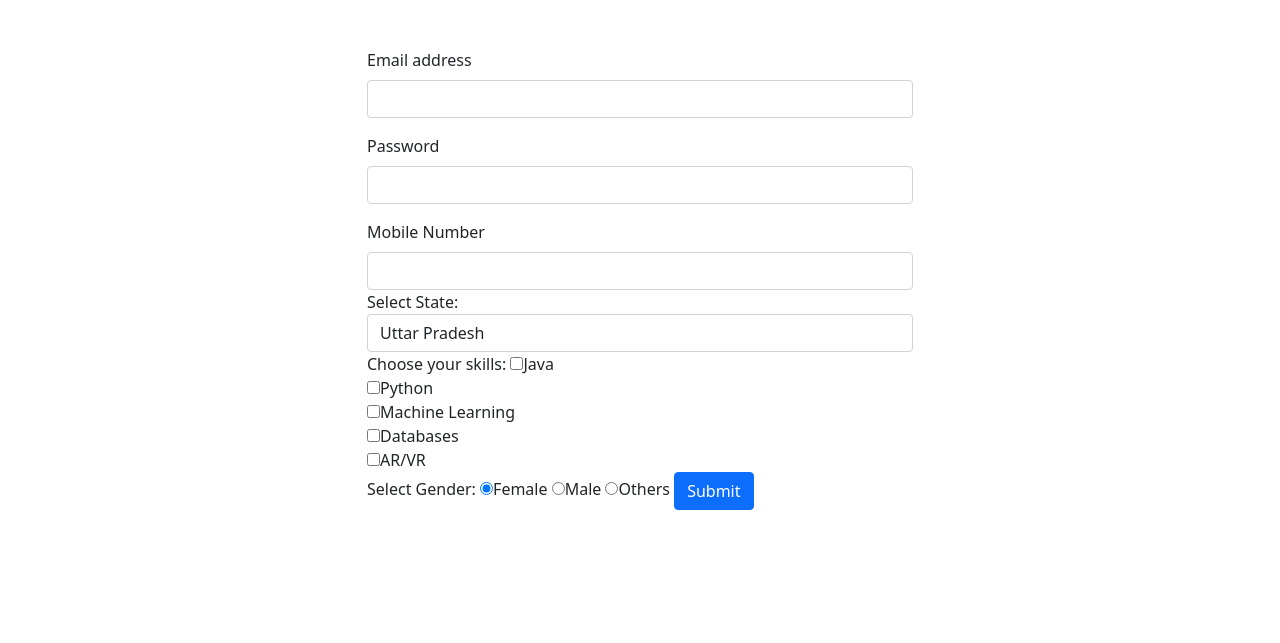
Repository: SimSri-ExtraMarks/FormHandling
Page: formHandling/form.html
An editor plug-in stored every save of this project. The page is shown before and after the next save, followed by the edit.
The browser window is 1280 px wide. The pictures show the whole page.

Above is the page before, as saved 2021-06-26 12:43:21.

### formHandling/form.html
<!doctype html>
<html lang="en">
<head>
<meta charset="UTF-8" />
<title>Registration Form</title>
<link
	href="https://cdn.jsdelivr.net/npm/bootstrap@5.0.2/dist/css/bootstrap.min.css"
	rel="stylesheet"
	integrity="sha384-EVSTQN3/azprG1Anm3QDgpJLIm9Nao0Yz1ztcQTwFspd3yD65VohhpuuCOmLASjC"
	crossorigin="anonymous">
</head>
<body>
	<div class="container">
		<div class="row mt-5">
			<div class="col-md-6 offset-md-3">
				<form>
					<div class="mb-3">
						<label for="exampleInputEmail1" class="form-label">Email
							address</label> <input type="email" class="form-control"
							id="exampleInputEmail1" aria-describedby="emailHelp">
					</div>
					<div class="mb-3">
						<label for="exampleInputPassword1" class="form-label">Password</label>
						<input type="password" class="form-control"
							id="exampleInputPassword1">
					</div>
					<div class="mb-3">
						<label for="exampleInputMobileNumber" class="form-label">Mobile
							Number</label> <input type="mobilenumber" class="form-control"
							id="exampleInputMobileNumber">


						<div class="form-group">
							<label for="exampleInputState">Select State:</label> <select
								class="form-control" id="exampleInputState">
								<option>Uttar Pradesh</option>
								<option>Maharashtra</option>
								<option>Rajasthan</option>
								<option>Kerala</option>
							</select>
						</div>

						<div class="checkbox">
						<label for="exampleInputSkills">Choose your skills:</label>
  <label><input type="checkbox" value="exampleInputSkills">Java</label>
</div>
<div class="checkbox">
  <label><input type="checkbox" value="exampleInputSkills">Python</label>
</div>
<div class="checkbox disabled">
  <label><input type="checkbox" value="exampleInputSkills">Machine Learning</label>

  <div class="checkbox">
  <label><input type="checkbox" value="exampleInputSkills">Databases</label>
</div>
<div class="checkbox disabled">
  <label><input type="checkbox" value="exampleInputSkills">AR/VR</label>
</div>

						<!-- <div id="emailHelp" class="form-text">We'll never share your
							email with anyone else.</div> -->
						<label for="exampleInputGender">Select Gender:</label> <label
							class="radio-inline"><input type="radio"
							name="exampleInputGender" checked>Female</label> <label
							class="radio-inline"><input type="radio"
							name="exampleInputGender">Male</label> <label
							class="radio-inline"><input type="radio"
							name="exampleInputGender">Others</label>


						<button type="submit" class="btn btn-primary">Submit</button>
				</form>



			</div>
		</div>
	</div>
</body>
</html>

After the next save:
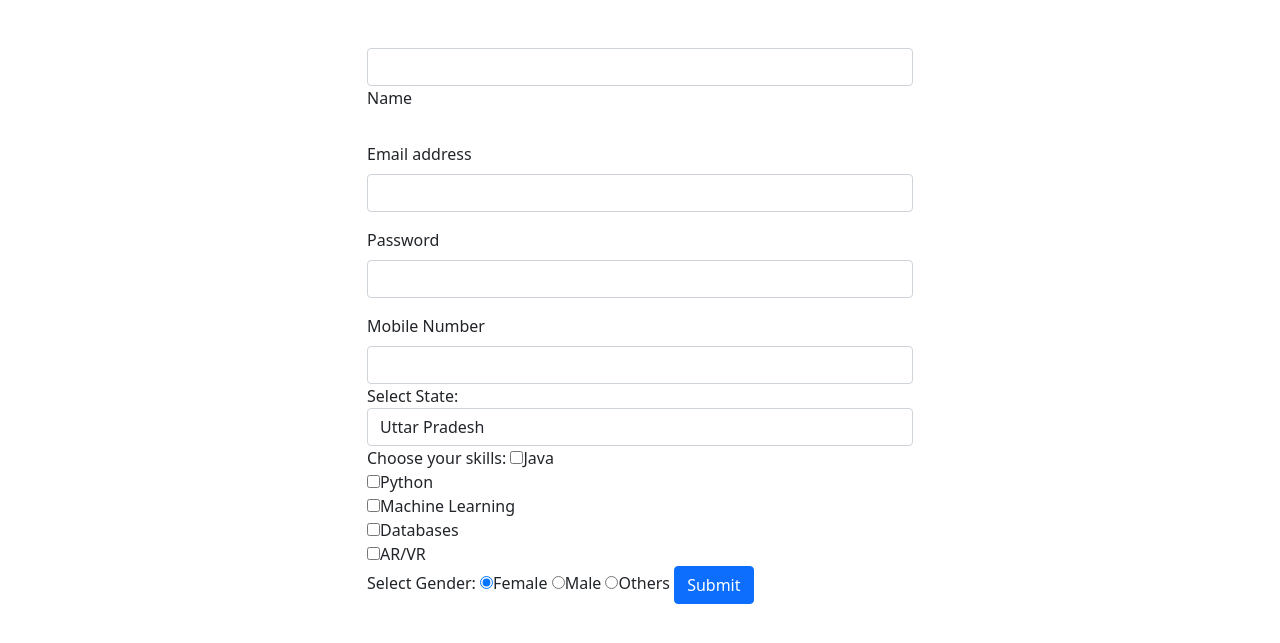
Saved 3 min 54 s later.
--- a/formHandling/form.html
+++ b/formHandling/form.html
@@ -14,6 +14,10 @@
 		<div class="row mt-5">
 			<div class="col-md-6 offset-md-3">
 				<form>
+<div class="form-outline mb-4">
+  <input type="text" id="name" class="form-control" />
+  <label class="form-label" for="name">Name</label>
+</div>
 					<div class="mb-3">
 						<label for="exampleInputEmail1" class="form-label">Email
 							address</label> <input type="email" class="form-control"
